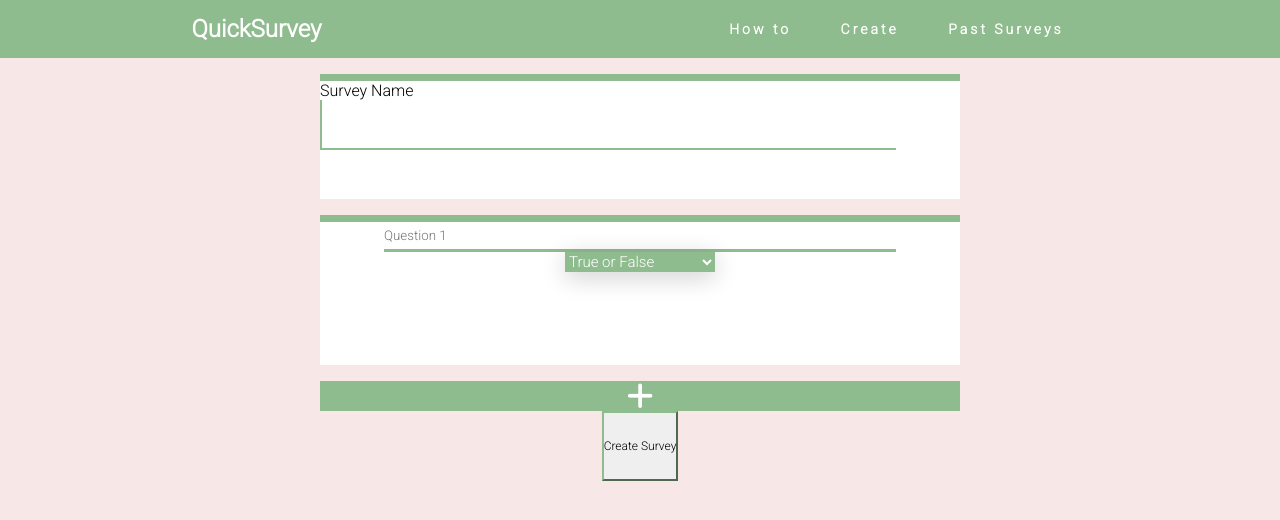
Repository: cakuang1/QuickSurvey
Page: create.html
These files come from the project's save history. The page is drawn as it stood at one moment and after the next save; the edit follows.
The browser window is 1280 px wide. The pictures show the whole page.
Some web libraries are served in a nearby version.

Above is the page before, as saved 2022-01-09 00:08:33.

After the next save:
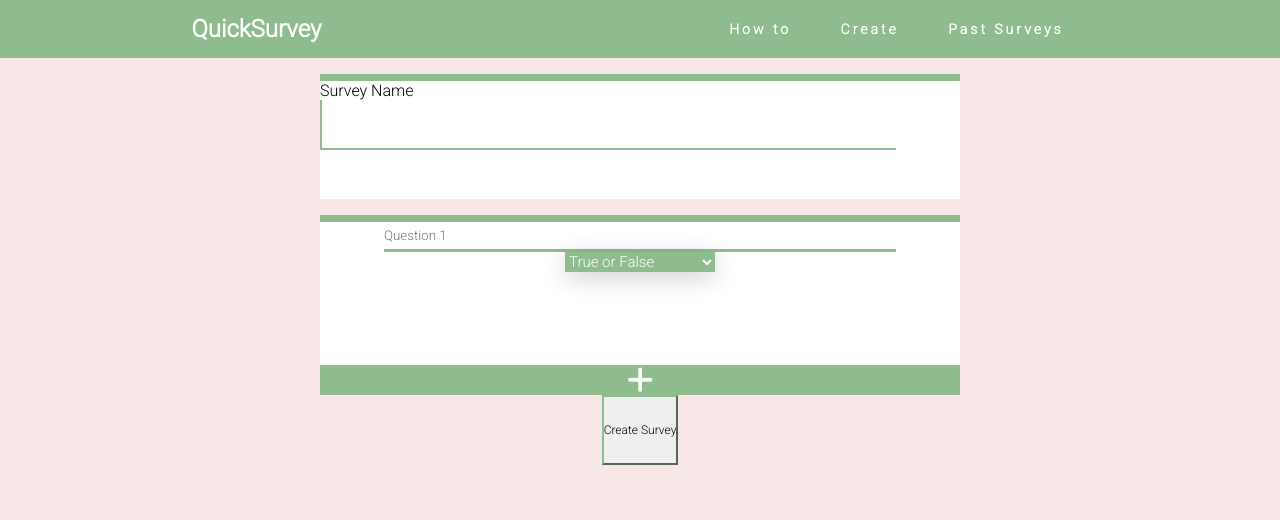
Saved 27 s later.
--- a/style.css
+++ b/style.css
@@ -129,7 +129,7 @@ ol li {
 
 .formdiv {
     background-color: white;
-    width: 50%;margin: auto;margin-bottom: 1em; margin-top: 1em;border-top: 7px solid darkseagreen;
+    width: 50%;margin: auto; margin-top: 1em;border-top: 7px solid darkseagreen;
     text-align: center;
     height: 150px;
 }
